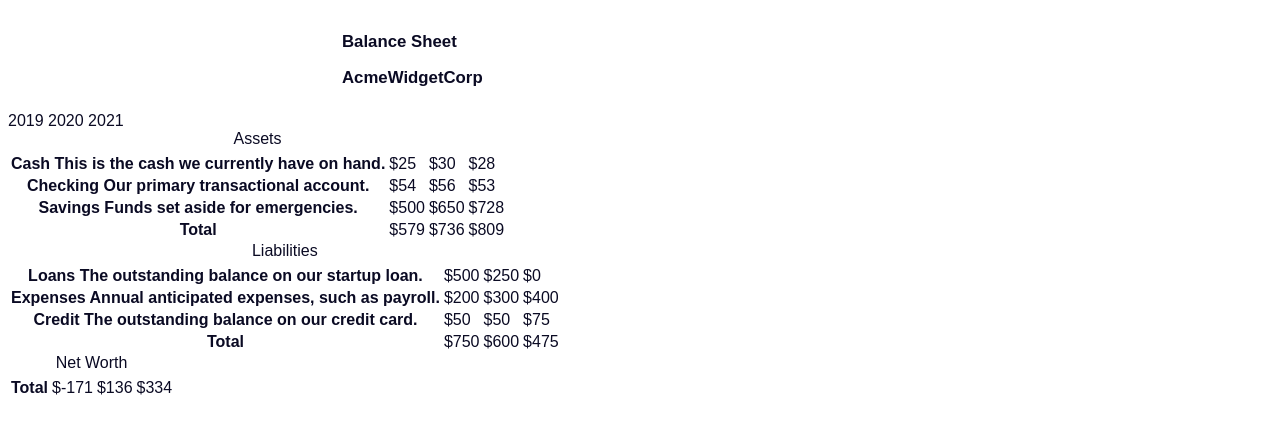
Repository: cipdanila/freeCodeCamp
Page: BalanceSheet/index.html
An editor plug-in stored every save of this project. The page is shown before and after the next save, followed by the edit.
The browser window is 1280 px wide. The pictures show the whole page.

Above is the page before, as saved 2023-10-19 18:20:19.

### BalanceSheet/index.html
<!DOCTYPE html>
<html lang="en">
    <head>
        <meta charset="UTF-8" />
        <meta name="viewport" content="width=device-width, initial-scale=1.0" />
        <title>Balance Sheet</title>
        <link rel="stylesheet" href="./styles.css" />
    </head>
    <body>
        <main>
            <section>
                <h1>
                    <span class="flex">
                        <span>AcmeWidgetCorp</span>
                        <span>Balance Sheet</span>
                    </span>
                </h1>
                <div id="years" aria-hidden="true">
                    <span class="year">2019</span>
                    <span class="year">2020</span>
                    <span class="year">2021</span>
                </div>
                <div class="table-wrap">
                    <table>
                        <caption>
                            Assets
                        </caption>
                        <thead>
                            <tr>
                                <td></td>
                                <th><span class="sr-only year">2019</span></th>
                                <th><span class="sr-only year">2020</span></th>
                                <th class="current">
                                    <span class="sr-only year">2021</span>
                                </th>
                            </tr>
                        </thead>
                        <tbody>
                            <tr class="data">
                                <th>
                                    Cash
                                    <span class="description"
                                        >This is the cash we currently have on
                                        hand.</span
                                    >
                                </th>
                                <td>$25</td>
                                <td>$30</td>
                                <td class="current">$28</td>
                            </tr>
                            <tr class="data">
                                <th>
                                    Checking
                                    <span class="description"
                                        >Our primary transactional
                                        account.</span
                                    >
                                </th>
                                <td>$54</td>
                                <td>$56</td>
                                <td class="current">$53</td>
                            </tr>
                            <tr class="data">
                                <th>
                                    Savings
                                    <span class="description"
                                        >Funds set aside for emergencies.</span
                                    >
                                </th>
                                <td>$500</td>
                                <td>$650</td>
                                <td class="current">$728</td>
                            </tr>
                            <tr class="total">
                                <th>
                                    Total <span class="sr-only">Assets</span>
                                </th>
                                <td>$579</td>
                                <td>$736</td>
                                <td class="current">$809</td>
                            </tr>
                        </tbody>
                    </table>
                    <table>
                        <caption>
                            Liabilities
                        </caption>
                        <thead>
                            <tr>
                                <td></td>
                                <th><span class="sr-only">2019</span></th>
                                <th><span class="sr-only">2020</span></th>
                                <th><span class="sr-only">2021</span></th>
                            </tr>
                        </thead>
                        <tbody>
                            <tr class="data">
                                <th>
                                    Loans
                                    <span class="description"
                                        >The outstanding balance on our startup
                                        loan.</span
                                    >
                                </th>
                                <td>$500</td>
                                <td>$250</td>
                                <td class="current">$0</td>
                            </tr>
                            <tr class="data">
                                <th>
                                    Expenses
                                    <span class="description"
                                        >Annual anticipated expenses, such as
                                        payroll.</span
                                    >
                                </th>
                                <td>$200</td>
                                <td>$300</td>
                                <td class="current">$400</td>
                            </tr>
                            <tr class="data">
                                <th>
                                    Credit
                                    <span class="description"
                                        >The outstanding balance on our credit
                                        card.</span
                                    >
                                </th>
                                <td>$50</td>
                                <td>$50</td>
                                <td class="current">$75</td>
                            </tr>
                            <tr class="total">
                                <th>
                                    Total
                                    <span class="sr-only">Liabilities</span>
                                </th>
                                <td>$750</td>
                                <td>$600</td>
                                <td class="current">$475</td>
                            </tr>
                        </tbody>
                    </table>
                    <table>
                        <caption>
                            Net Worth
                        </caption>
                        <thead>
                            <tr>
                                <td></td>
                                <th><span class="sr-only">2019</span></th>
                                <th><span class="sr-only">2020</span></th>
                                <th><span class="sr-only">2021</span></th>
                            </tr>
                        </thead>
                        <tbody>
                            <tr class="total">
                                <th>
                                    Total <span class="sr-only">Net Worth</span>
                                </th>
                                <td>$-171</td>
                                <td>$136</td>
                                <td class="current">$334</td>
                            </tr>
                        </tbody>
                    </table>
                </div>
            </section>
        </main>
    </body>
</html>

### BalanceSheet/styles.css
html {
    box-sizing: border-box;
}

body {
    font-family: sans-serif;
    color: #0a0a23;
}

span[class~="sr-only"] {    /* select any span element whose class are "sr-only" */
    border: 0;
    clip: rect(1px, 1px, 1px, 1px); /* define the visible portions of an element */
    clip-path: inset(50%);          /* determines the shape clip property should take */
    width: 1px;
    height: 1px;
    overflow: hidden;
    white-space: nowrap;
    position: absolute;
    padding: 0;
    margin: -1px;
}

h1 {
    max-width: 37.25rem;
    margin: 0 auto;
    padding: 1.5rem 1.25rem;
}

h1 .flex {
    display: flex;
    flex-direction: column-reverse;
    gap: 1rem;
}

h1 .flex span:first-of-type {           /* target the first element that matches the selector */
                                        /* since span elements are reversed, it will apply to second element */
    font-size: 0.7em;                   /* make the font to look like a sub-header */
}

h1 .flex span:last-of-type {            /* target the last element that matches the selector */
    font-size: 0.7em;                   /* make the font to look like a header */
}

After the next save:
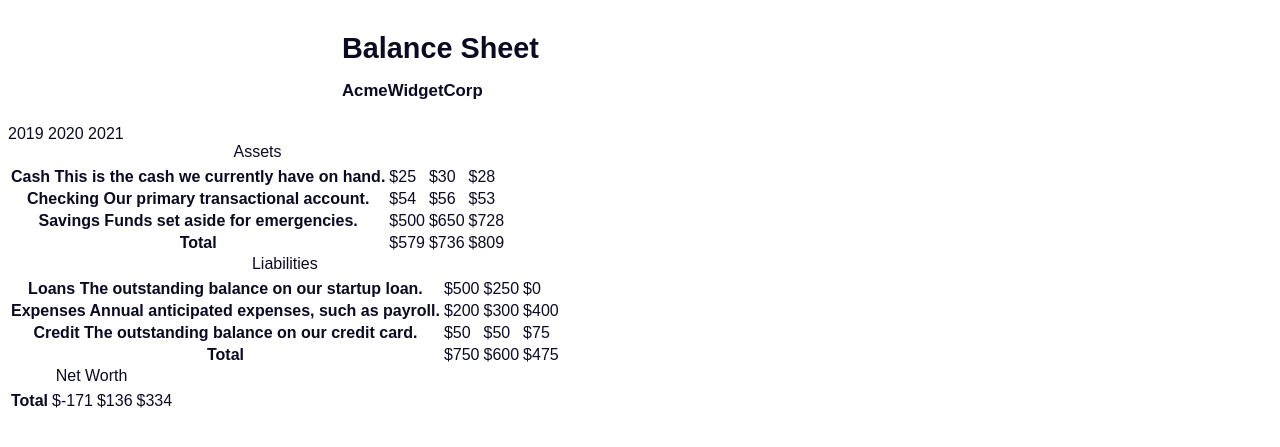
Saved 8 s later.
--- a/BalanceSheet/styles.css
+++ b/BalanceSheet/styles.css
@@ -38,5 +38,5 @@ h1 .flex span:first-of-type {           /* target the first element that matches
 }
 
 h1 .flex span:last-of-type {            /* target the last element that matches the selector */
-    font-size: 0.7em;                   /* make the font to look like a header */
+    font-size: 1.2em;                   /* make the font to look like a header */
 }
